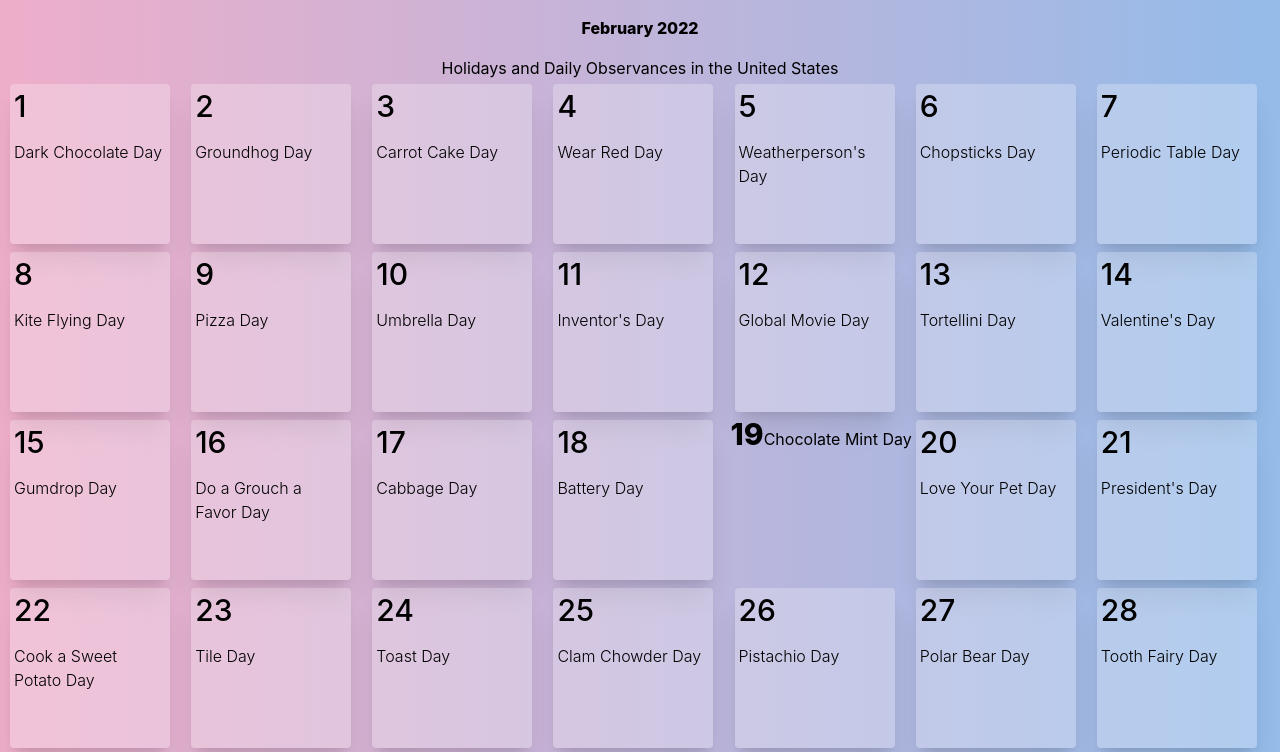
Repository: JohnMata0427/Examen-Bimestral-01-Frontend
Page: /
An editor plug-in stored every save of this project. The page is shown before and after a run of saves, followed by the edit.
The browser window is 1280 px wide. The pictures show the whole page.
The project was rebuilt for these pictures with package versions that can differ from the ones it lists, and the page was loaded fresh each time. Also part of the build but not shown: vite.config.js.

Above is the page before, as saved 2024-06-11 21:52:31.

After the next 2 saves:
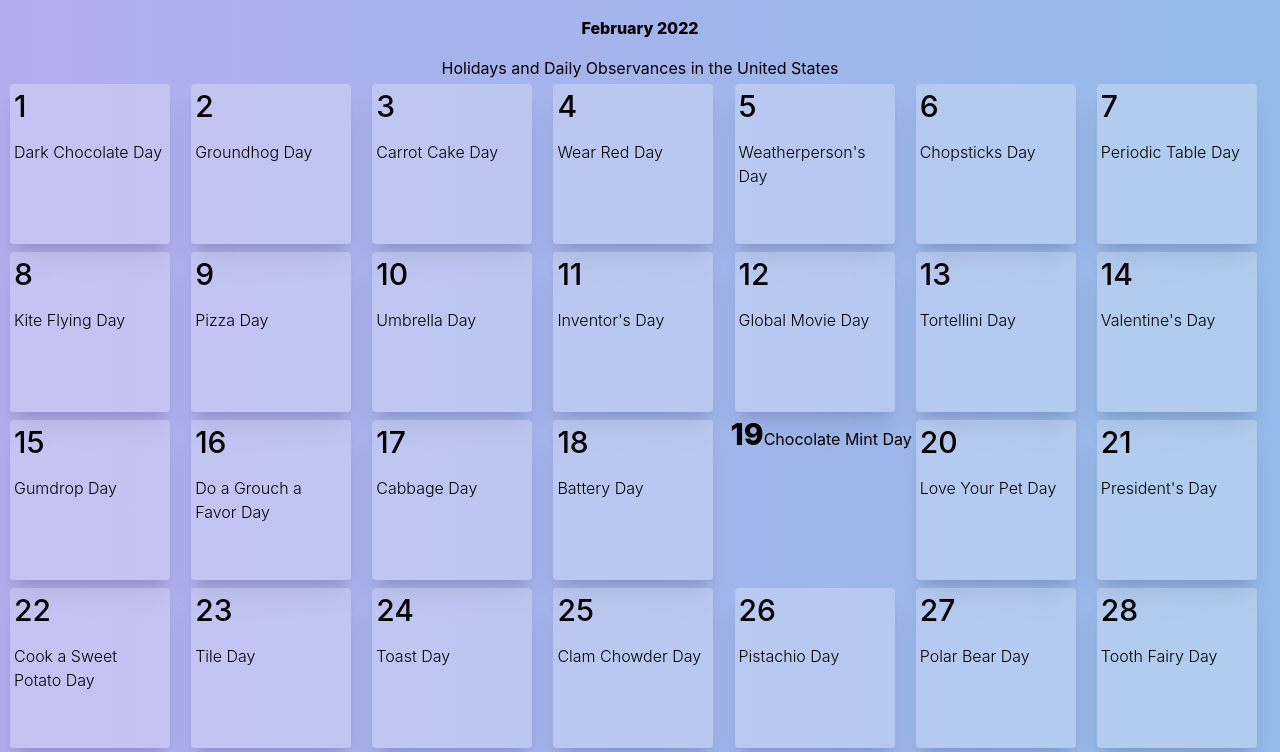
The 2 saves are shown as one change because they came seconds apart.
The last was saved 5 days later.
--- a/src/components/calendar.jsx
+++ b/src/components/calendar.jsx
@@ -1,6 +1,6 @@
 export default function Calendar(){
     return (
-        <div className="flex flex-col items-center bg-gradient-to-r from-[#eeaeca] to-[#94bbe9]">
+        <div className="flex flex-col items-center bg-gradient-to-r from-[#b2aeee] to-[#94bbe9]">
             <h1 className="font-extrabold my-4">February 2022</h1>
             <p>Holidays and Daily Observances in the United States</p>
             <ul className="grid grid-cols-7 flex-wrap list-none">
